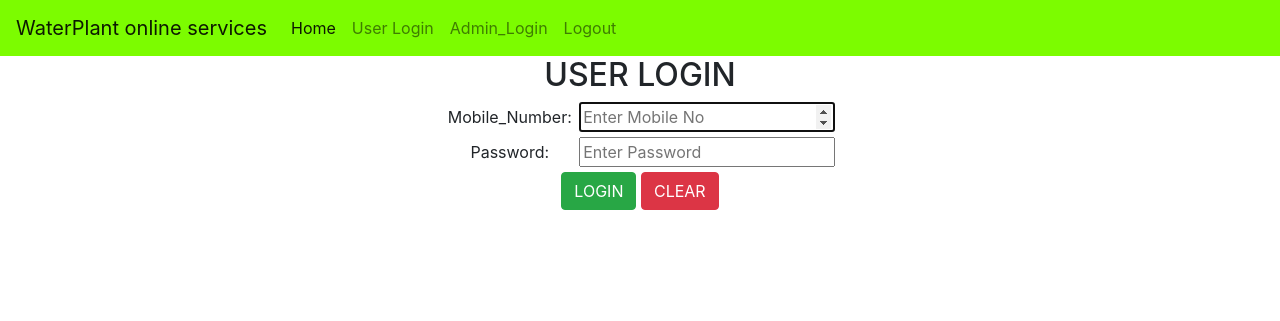
Repository: SHARMILAG97/WebApplication
Page: http://localhost/waterplant_web/userlogin.jsp
An editor plug-in stored every save of this project. The page is shown before and after the next save, followed by the edit.
The browser window is 1280 px wide. The pictures show the whole page.
The page is served by Tomcat 9. Other server files are loaded and not shown.

Above is the page before, as saved 2019-09-18 10:31:14.
Console error: TypeError: Cannot read properties of undefined (reading 'fn')

### waterplant_web/src/main/webapp/userlogin.jsp
<%@ page language="java" contentType="text/html; charset=ISO-8859-1"
    pageEncoding="ISO-8859-1"%>
<!DOCTYPE html>
<html>
<head>
<meta charset="ISO-8859-1">
<title>UserLogin</title>
<link rel="stylesheet" href="css/bootstrap.min.css">
<script src="js/bootstrap.min.js"></script>
<script src="js/jquery-3.4.1.min.js"></script>

<style type="text/css">
   label{
  width: 130px;
  display: inline-block;
  text-align:center;
   }
</style>



</head>

<body style="text-align:center">

<jsp:include page="headers.jsp"></jsp:include>
<h2>USER LOGIN</h2>
<script type="text/javascript">
       function status() {

           window.location.href = "useroperations.jsp";
       }
 </script>
 <script>

function register() {

    event.preventDefault();
   var mobileno = document.getElementById("mobileno").value;
    var password = document.getElementById("password").value;
    var formData = "mobileno=" + mobileno + "&password=" + password;
    console.log(formData);

    var url = "http://localhost:8080/waterplant_web/UserLoginServlet?" + formData;
    console.log(url);
    var formData = {};
    $.get(url, function(response) {
        console.log(response);
        localStorage.setItem("LOGGED_IN_USER",response);
        console.log(response.errorMessage);
        var msg=JSON.parse(response);

        if (msg.errorMessage!=null) {
            alert("Invalid Username/Password");
            window.location.href = "userlogin.jsp";
        } else {

           status();
        }
    });
}
</script>
<%
String message = request.getParameter("message");
if (message != null){
	out.println("<font color='red'>" + message + "</font>");
}
%>


<form onsubmit="register()">
<label>Mobile_Number:</label>
<input type="number" name="mobileno" id="mobileno" placeholder="Enter Mobile No" required autofocus/>
<br/>

<label>Password:</label>
<input type="password" name="password" id="password" placeholder="Enter Password" required />
<br/>

<input type="submit" value="LOGIN" class="btn btn-success">
<button type="reset" class="btn btn-danger" value="clear">CLEAR</button>
</form>

<script >

function displayName(){

	var user =JSON.parse(localStorage.getItem("LOGGED_IN_USER"));
	var name= user.Name;
	document.getElementById("name").innerHtml = "Welcome....."+ name;
	return name;
}

displayName();
</script>


</body>
</html>

### waterplant_web/src/main/webapp/headers.jsp

<nav class="navbar navbar-expand-md navbar-light" style="background-color: #7CFC00;">
 <a class="navbar-brand" href="index.jsp">WaterPlant online services</a>
 <button class="navbar-toggler" type="button" data-toggle="collapse" data-target="#navbarCollapse" aria-controls="navbarCollapse" aria-expanded="false" aria-label="Toggle navigation">
   <span class="navbar-toggler-icon"></span>
 </button>
 <div class="collapse navbar-collapse" id="navbarCollapse">
   <ul class="navbar-nav mr-auto">
     <li class="nav-item active">
       <a class="nav-link" href="index.jsp">Home</a>
     </li>

     <li class="nav-item">
       <a class="nav-link " href="userlogin.jsp">User Login</a>
     </li>
     <li class="nav-item">
       <a class="nav-link " href="adminlogin.jsp">Admin_Login</a>
     </li>
      <li class="nav-item">
       <a class="nav-link " href="index.jsp">Logout</a>
     </li>

   </ul>
 <!--   <form class="form-inline mt-2 mt-md-0">
   <input class="form-control mr-sm-2" type="text" placeholder="Search" aria-label="Search">
     <button class="btn btn-outline-success my-2 my-sm-0" type="submit">Search</button>
   </form>-->
 </div>
</nav>

Loaded but not shown: waterplant_web/src/main/webapp/css/bootstrap.min.css (library); waterplant_web/src/main/webapp/js/bootstrap.min.js (library); waterplant_web/src/main/webapp/js/jquery-3.4.1.min.js (library)

After the next save:
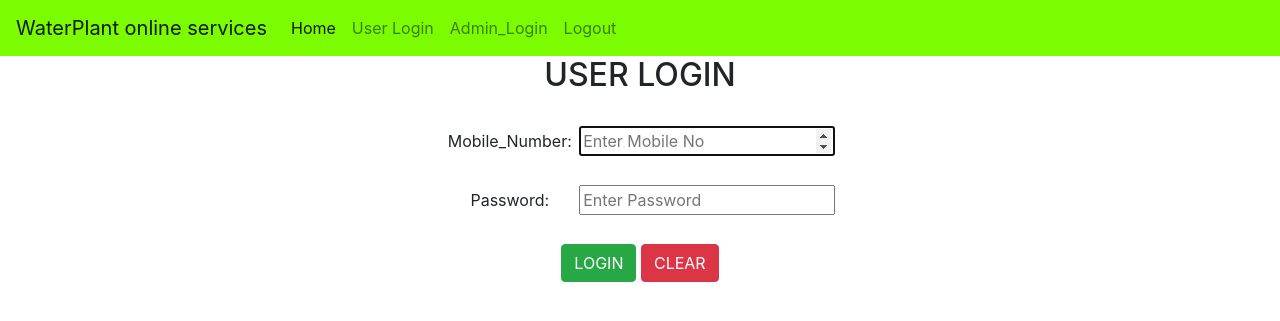
Saved 14 min 18 s later.
--- a/waterplant_web/src/main/webapp/userlogin.jsp
+++ b/waterplant_web/src/main/webapp/userlogin.jsp
@@ -24,7 +24,7 @@
 <body style="text-align:center">
 
 <jsp:include page="headers.jsp"></jsp:include>
-<h2>USER LOGIN</h2>
+<h2>USER LOGIN</h2><br/>
 <script type="text/javascript">
        function status() {
 
@@ -71,11 +71,11 @@ if (message != null){
 <form onsubmit="register()">
 <label>Mobile_Number:</label>
 <input type="number" name="mobileno" id="mobileno" placeholder="Enter Mobile No" required autofocus/>
-<br/>
+<br/><br/>
 
 <label>Password:</label>
 <input type="password" name="password" id="password" placeholder="Enter Password" required />
-<br/>
+<br/><br/>
 
 <input type="submit" value="LOGIN" class="btn btn-success">
 <button type="reset" class="btn btn-danger" value="clear">CLEAR</button>
